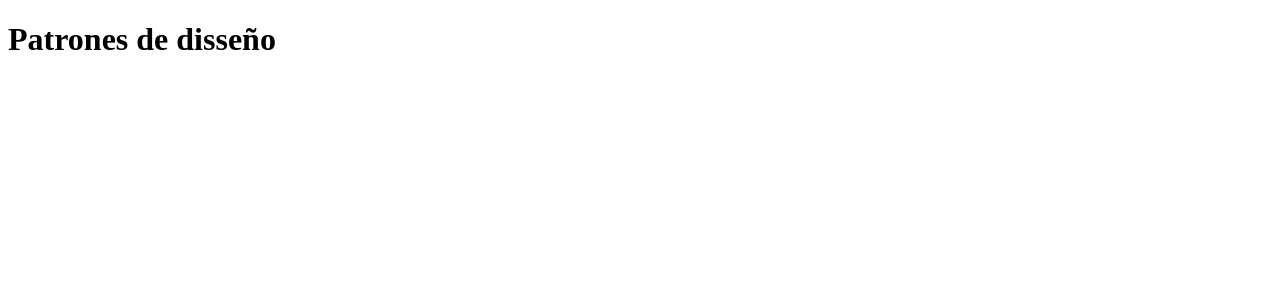
Repository: nrsWebs/design-pattern-es
Page: index.html
An editor plug-in stored every save of this project. The page is shown before and after the next save, followed by the edit.
The browser window is 1280 px wide. The page is 1280 px wide, then 1288 px, so the pictures cover 1288 px, including what lies to the right of the window. The pictures show the whole page.

Above is the page before, as saved 2021-02-06 17:49:42.

### index.html
<!DOCTYPE html>
<html>
<head>
<script src="https://ajax.googleapis.com/ajax/libs/jquery/3.5.1/jquery.min.js"></script>
<link rel="stylesheet" href="source/main.css">
</head>
<body>
    <h1>Patrones de disseño</h1>
    <div class="main-content">
        <div class="box glass">
            <div class=""></div>
        </div>
    </div>
</body>
<script>
$(document).ready(function(){
    setTimeout(function(){
        $("p").hide();
    }, 5000);
});
</script>
</html>

### source/main.css
:root {
    --main: #FAFAFA;
    --secondary: #E3F2FD;
    --auxiliar: #DB5461
  }
body {
    background-color: var(--primary);
}

After the next save:
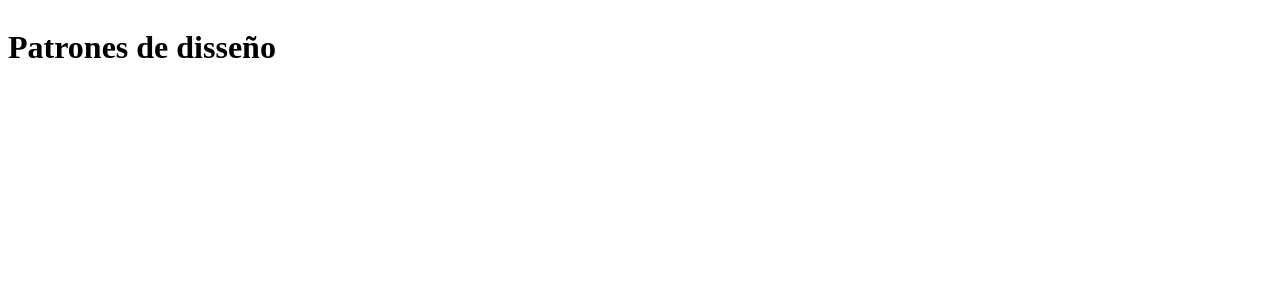
Saved 25 s later.
--- a/source/main.css
+++ b/source/main.css
@@ -5,4 +5,7 @@
   }
 body {
     background-color: var(--primary);
+    display: flex;
+    width: 100%;
+
 }
